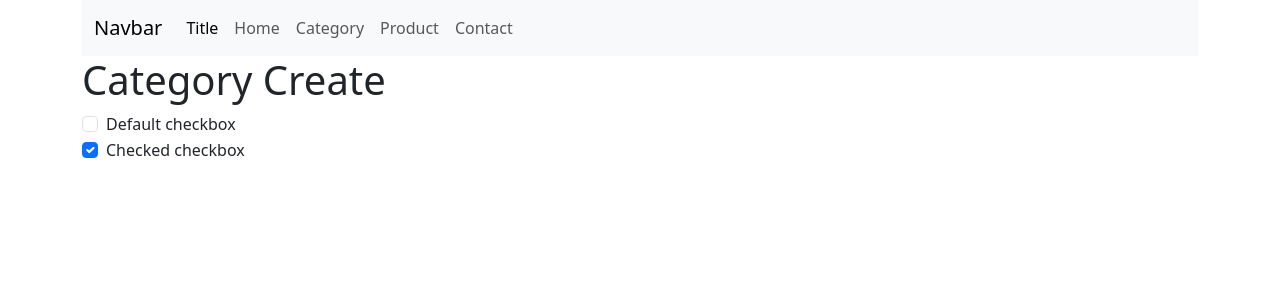
Repository: ndmq03102002/crud_laravel
Page: http://localhost/admin/category/create
An editor plug-in stored every save of this project. The page is shown before and after a run of saves, followed by the edit.
The browser window is 1280 px wide. The pictures show the whole page.
The page is served by the project's Laravel application, run on PHP 8.4 with Laravel 10. A made-up administrator, Test User (test@example.com), is signed in. Other server files are loaded and not shown.

Above is the page before, as saved 2024-07-12 10:16:04.

### routes/web.php
<?php

use App\Http\Controllers\HomeController;
use App\Http\Controllers\AdminController;
use Illuminate\Support\Facades\Route;
use App\Http\Controllers\ProductController;
use App\Http\Controllers\CategoryController;
/*
|--------------------------------------------------------------------------
| Web Routes
|--------------------------------------------------------------------------
|
| Here is where you can register web routes for your application. These
| routes are loaded by the RouteServiceProvider and all of them will
| be assigned to the "web" middleware group. Make something great!
|
*/

Route::group(['prefix' => ''], function () {
    Route::get('/', [HomeController::class, 'index'])->name('home.index');
});

Route::get('/admin/login', [AdminController::class, 'login'])->name('admin.login');
Route::post('/admin/login', [AdminController::class, 'Checklogin']);
Route::get('/admin/register', [AdminController::class, 'register'])->name('admin.register');
Route::post('/admin/register', [AdminController::class, 'Checkregister']);


Route::group(['prefix' => 'admin', 'middleware'=>'auth'], function () {
    Route::get('/', [AdminController::class, 'index'])->name('admin.index');
    Route::resources([
        'product' => ProductController::class,
        'category' => CategoryController::class,
    ]);
});

### app/Http/Controllers/CategoryController.php
<?php

namespace App\Http\Controllers;

use App\Models\Category;
use Illuminate\Http\Request;

class CategoryController extends Controller
{
    /**
     * Display a listing of the resource.
     */
    public function index()
    {
        $cats = Category::orderBy('id', 'desc')->paginate(50);
        return view('admin.category.index', compact('cats'));
    }

    /**
     * Show the form for creating a new resource.
     */
    public function create()
    {
        return view('admin.category.create');
    }

    /**
     * Store a newly created resource in storage.
     */
    public function store(Request $request)
    {
        $request->validate([
            'name' => 'required|unique:categories',

        ]);
        $data = request()->all('name','status');
        Category::create($data);
        return redirect()->route('category.index');
    }

    /**
     * Display the specified resource.
     */
    public function show(Category $category)
    {
        //
    }

    /**
     * Show the form for editing the specified resource.
     */
    public function edit(Category $category)
    {
        //
    }

    /**
     * Update the specified resource in storage.
     */
    public function update(Request $request, Category $category)
    {
        //
    }

    /**
     * Remove the specified resource from storage.
     */
    public function destroy(Category $category)
    {
        //
    }
}

### resources/views/admin/category/create.blade.php
@extends('admin.admin')

@section('main')

<h1>Category Create</h1>

<div class="form-check">
    <input class="form-check-input" type="checkbox" value="" id="" />
    <label class="form-check-label" for=""> Default checkbox </label>
</div>
<div class="form-check">
    <input
        class="form-check-input"
        type="checkbox"
        value=""
        id=""
        checked
    />
    <label class="form-check-label" for=""> Checked checkbox </label>
</div>



@endsection

### resources/views/admin/admin.blade.php
<!doctype html>
<html lang="en">
    <head>
        <title>Title</title>
        <!-- Required meta tags -->
        <meta charset="utf-8" />
        <meta
            name="viewport"
            content="width=device-width, initial-scale=1, shrink-to-fit=no"
        />

        <!-- Bootstrap CSS v5.2.1 -->
        <link
            href="https://cdn.jsdelivr.net/npm/bootstrap@5.3.2/dist/css/bootstrap.min.css"
            rel="stylesheet"
            integrity="sha384-T3c6CoIi6uLrA9TneNEoa7RxnatzjcDSCmG1MXxSR1GAsXEV/Dwwykc2MPK8M2HN"
            crossorigin="anonymous"
        />
    </head>

    <body>

        <div
            class="container"
        >
        <nav class="navbar navbar-expand-lg bg-body-tertiary">
            <div class="container-fluid">
              <a class="navbar-brand" href="#">Navbar</a>
              <button class="navbar-toggler" type="button" data-bs-toggle="collapse" data-bs-target="#navbarNav" aria-controls="navbarNav" aria-expanded="false" aria-label="Toggle navigation">
                <span class="navbar-toggler-icon"></span>
              </button>
              <div class="collapse navbar-collapse" id="navbarNav">
                <ul class="navbar-nav">
                  <li class="nav-item">
                    <a class="nav-link active" aria-current="page" href="#">Title</a>
                  </li>
                  <li class="nav-item">
                    <a class="nav-link" href="{{route('admin.index')}}">Home</a>
                  </li>
                  <li class="nav-item">
                    <a class="nav-link" href="{{route('category.index')}}">Category</a>
                  </li>
                  <li class="nav-item">
                    <a class="nav-link" href="{{route('product.index')}}">Product</a>
                  </li>
                    <li class="nav-item">
                        <a class="nav-link" href="#">Contact</a>
                    </li>
                </ul>
              </div>
            </div>
          </nav>

        </div>

        <div
            class="container"
        >
            @yield('main')
        </div>





        <script
            src="https://cdn.jsdelivr.net/npm/@popperjs/core@2.11.8/dist/umd/popper.min.js"
            integrity="sha384-I7E8VVD/ismYTF4hNIPjVp/Zjvgyol6VFvRkX/vR+Vc4jQkC+hVqc2pM8ODewa9r"
            crossorigin="anonymous"
        ></script>

        <script
            src="https://cdn.jsdelivr.net/npm/bootstrap@5.3.2/dist/js/bootstrap.min.js"
            integrity="sha384-BBtl+eGJRgqQAUMxJ7pMwbEyER4l1g+O15P+16Ep7Q9Q+zqX6gSbd85u4mG4QzX+"
            crossorigin="anonymous"
        ></script>
    </body>
</html>

Loaded but not shown: app/Models/User.php (common file); app/Http/Controllers/Controller.php (common file)

After the next 2 saves:
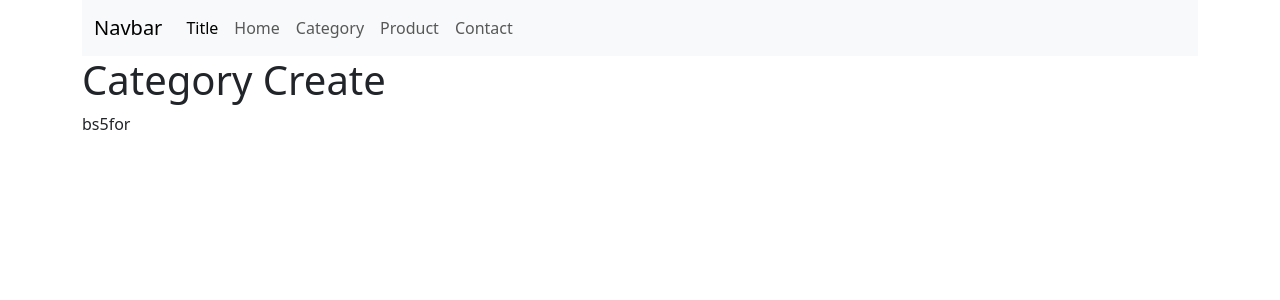
The 2 saves are shown as one change because they came seconds apart.
The last was saved 6 s later.
--- a/resources/views/admin/category/create.blade.php
+++ b/resources/views/admin/category/create.blade.php
@@ -4,21 +4,7 @@
 
 <h1>Category Create</h1>
 
-<div class="form-check">
-    <input class="form-check-input" type="checkbox" value="" id="" />
-    <label class="form-check-label" for=""> Default checkbox </label>
-</div>
-<div class="form-check">
-    <input
-        class="form-check-input"
-        type="checkbox"
-        value=""
-        id=""
-        checked
-    />
-    <label class="form-check-label" for=""> Checked checkbox </label>
-</div>
-
+bs5for
 
 
 @endsection
